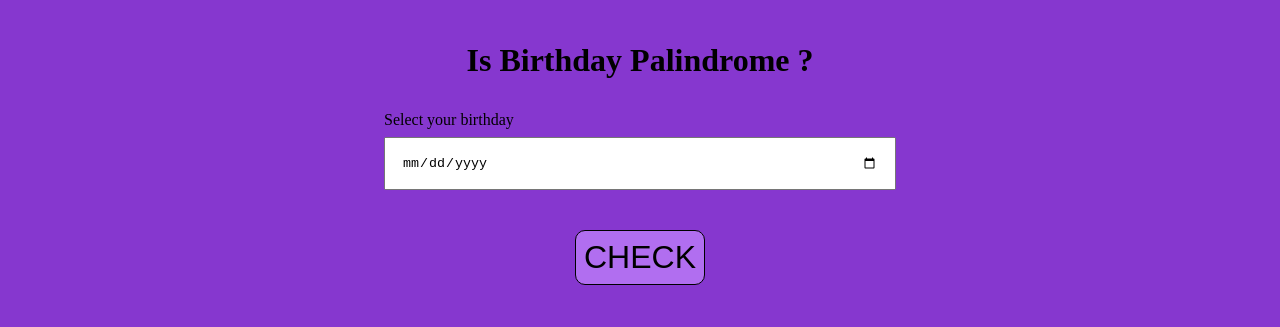
Repository: patelamancode/Palindrome-Birthday
Page: index.html
The author's editor kept a copy of each file at every save. The page is drawn from the files as they stood at one save, then again after the next save.
The browser window is 1280 px wide. The pictures show the whole page.

Above is the page before, as saved 2022-12-02 18:00:55.

### index.html
<!DOCTYPE html>
<html lang="en">
<head>
    <meta charset="UTF-8">
    <meta http-equiv="X-UA-Compatible" content="IE=edge">
    <meta name="viewport" content="width=device-width, initial-scale=1.0">
    <link rel="stylesheet" href="index.css">
    <title>Is Birthday A Palindrome</title>
</head>
<body>
    <div id="main-container">
        <h1>Is Birthday Palindrome ?</h1>
        <label for="birth date">Select your birthday</label>
        <input type="date" id="selected-dob" />

        <button id="check-btn">CHECK</button>


    </div>
    <script src="index.js"></script>
</body>
</html>

### index.css
* {
    margin: 0;
    padding: 0;
  }
  body {
    background-color: rgb(134, 55, 207);
  }

  #main-container {
    display: flex;
    flex-direction: column;
    width: 40vw;
    margin: auto;
    margin-top: 2rem;
    padding: 10px;
    text-align: center;
  }

  .app-title {
    margin: 2rem 0;
  }

  label {
    width: auto;
    text-align: left;
    margin-top: 2rem;
    margin-bottom: 0.5rem;
  }

  input{
     padding: 1rem;
  }

  button {
    margin: auto;
    margin-top: 2.5rem;
    padding: 0.5rem;
    font-size: 2rem;
    font-weight: 500;
     font-weight: 300;
    border: 1px solid;
    background-color: rgb(177, 110, 240);
    border-radius: 10px;
  }

### index.js

function reverseString(str) {
    return str.split("").reverse().join("");
}

function isPalindrome(str) {
    return str === reverseString(str);
}

function dateString(date) {
    var dateStr = {
        day: "",
        month: "",
        year: ""
    };
    if (date.day < 10) dateStr.day = "0" + date.day;
    else dateStr.day = date.day.toString();

    if (date.month < 10) dateStr.month = "0" + date.month;
    else dateStr.month = date.month.toString();

    dateStr.year = date.year.toString();
    return dateStr;
}

function dateAllVariations(date) {
    var ddmmyyyy = date.day + date.month + date.year;
    var mmddyyyy = date.month + date.day + date.year;
    var yyyymmdd = date.year + date.month + date.day;
    var ddmmyy = date.day + date.month + date.year.slice(-2);
    var mmddyy = date.month + date.day + date.year.slice(-2);
    var yymmdd = date.year.slice(-2) + date.month + date.day;

    return [ddmmyyyy, mmddyyyy, yyyymmdd, ddmmyy, mmddyy, yymmdd];
}

function checkPalindromesForAllDateFormats(date) {
    var listOfDates = dateAllVariations(date);
    var flag = false;

    for (let i = 0; i < listOfDates.length; i++)
        if (isPalindrome(listOfDates[i])) {
            flag = true;
            break;
        }
    return flag;
}

function isLeapYear(year) {
    if ((year % 4 === 0 && year % 100 !== 0) || year % 400 === 0) return true;
    return false;
}

function getNextDate(date) {
    var daysInMonths = [31, 28, 31, 30, 31, 30, 31, 31, 30, 31, 30, 31];

    var day = date.day + 1;
    var month = date.month;
    var year = date.year;

    if (month === 2)
        if (isLeapYear(year)) {
            if (day > 29) {
                day = 1;
                month = 3;
            }
        } else {
            if (day > 28) {
                day = 1;
                month = 3;
            }
        }
    else {
        if (day > daysInMonths[month - 1]) {
            day = 1;
            month++;
        }
    }

    if (month > 12) {
        day = 1;
        month = 1;
        year++;
    }
    return {
        day: day,
        month: month,
        year: year,
    };
}

function getPreviousDate(date) {
    var daysInMonths = [31, 28, 31, 30, 31, 30, 31, 31, 30, 31, 30, 31];

    var day = date.day - 1;
    var month = date.month;
    var year = date.year;

    if (month === 3)
        if (isLeapYear(year)) {
            if (day === 0) {
                day = 29;
                month = 2;
            }
        } else {
            if (day === 0) {
                day = 28;
                month = 2;
            }
        }
    else {
        if (day === 0) {
            month--;
            day = daysInMonths[month - 1];
        }
    }

    if (month === 0) {
        day = 31;
        month = 12;
        year--;
    }
    return {
        day: day,
        month: month,
        year: year,
    };
}

function getNextPalindrome(date) {
    var count = 0;
    var nextDate = getNextDate(date);

    while (1) {
        count++;
        var dateStr = dateString(nextDate);
        if (checkPalindromesForAllDateFormats(dateStr)) break;
        nextDate = getNextDate(nextDate);
    }
    return [count, nextDate];
}

function getLastPalindrome(date) {
    var count = 0;
    var previousDate = getPreviousDate(date);

    while (1) {
        count++;
        var dateStr = dateString(previousDate);
        if (checkPalindromesForAllDateFormats(dateStr)) break;
        previousDate = getPreviousDate(previousDate);
    }
    return [count, previousDate];
}

function forNearestPalindromeDate(date){
    let nextPalindromeDate = getNextPalindrome(date);
    let lastPalindromeDate = getLastPalindrome(date);

    let nextValue = Number(nextPalindromeDate[0]);
    let lastValue = Number(lastPalindromeDate[0]);

    // console.log(typeof(nextValue, lastValue), nextValue, lastValue);
    if(nextValue < lastValue){
        return nextPalindromeDate;
    }
    return lastPalindromeDate;

}

var date = {
    day: 13,
    month: 06,
    year: 2022
}

console.log(getLastPalindrome(date));
console.log(getNextPalindrome(date));
// forNearestPalindromeDate(date);
console.log(forNearestPalindromeDate(date));

After the next save:
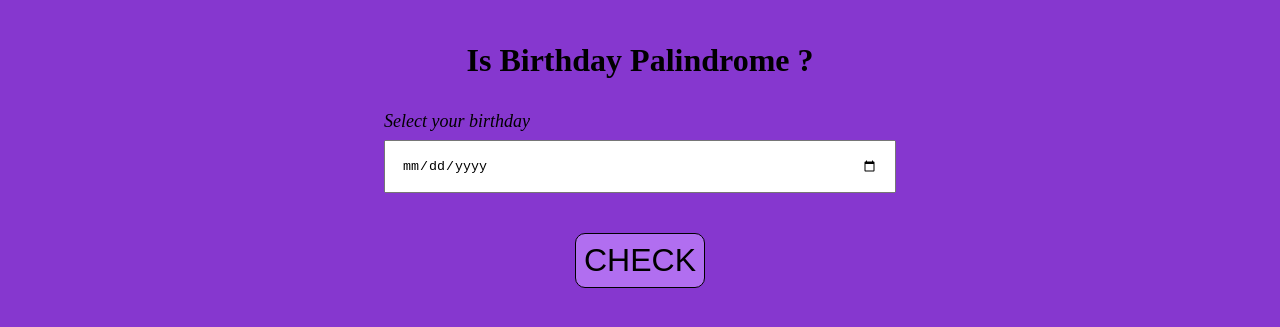
Saved 33 s later.
--- a/index.css
+++ b/index.css
@@ -23,6 +23,8 @@
   label {
     width: auto;
     text-align: left;
+    font-style: italic;
+    font-size: large;
     margin-top: 2rem;
     margin-bottom: 0.5rem;
   }
